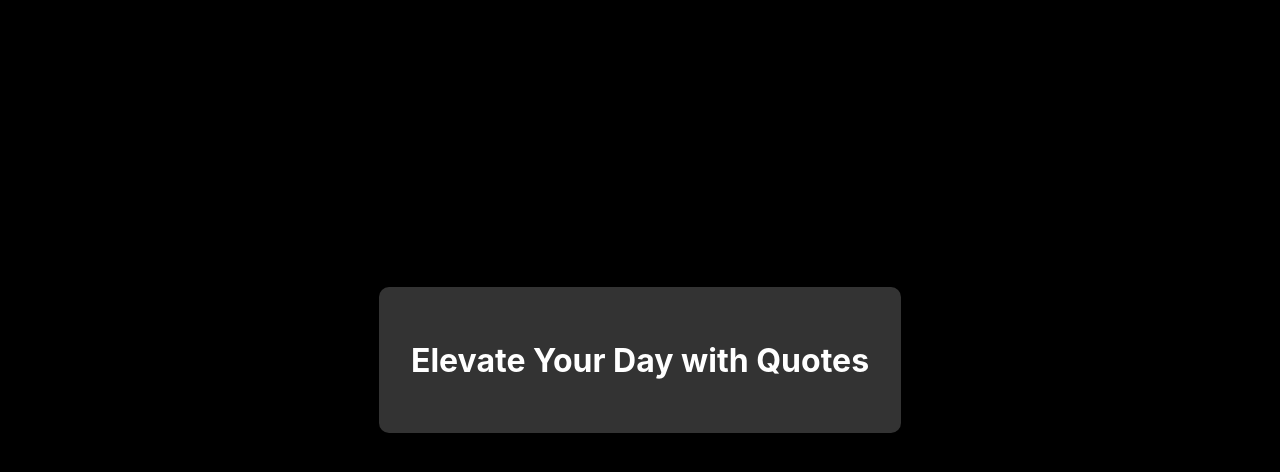
Repository: Bhavik-Sanghar/Quote-app
Page: /
These files come from the project's save history. The page is drawn as it stood at one moment and after the next save; the edit follows.
The browser window is 1280 px wide. The pictures show the whole page.
The page's requests for data from a server got no answer. The project was rebuilt for these pictures with package versions that can differ from the ones it lists, and the page was loaded fresh each time. No one was signed in, and anything a server would have sent is missing. Also part of the build but not shown: src/styles.css.

Above is the page before, as saved 2023-08-18 14:54:33.

After the next save:
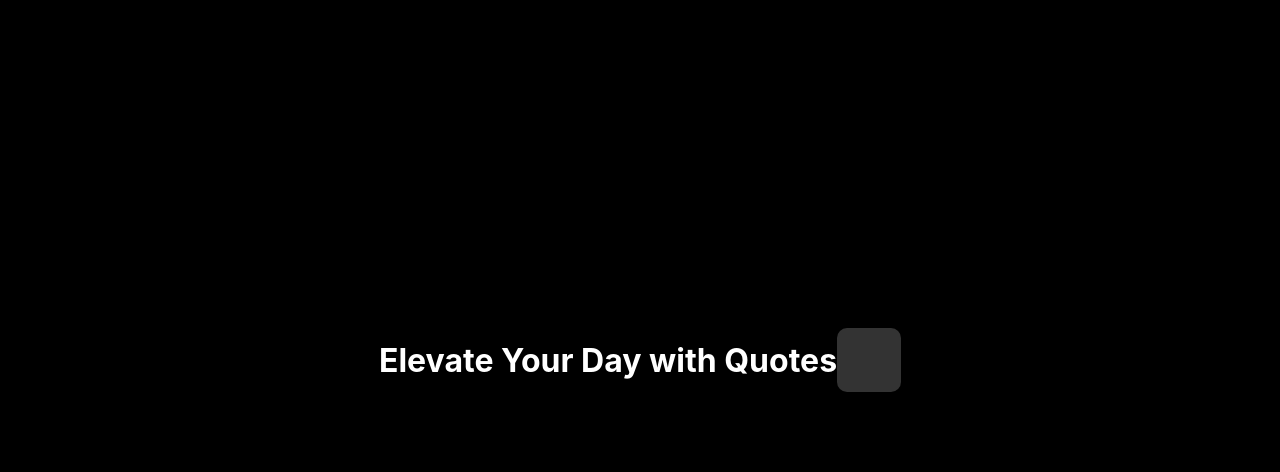
Saved 20 s later.
--- a/src/components/NewQuote.js
+++ b/src/components/NewQuote.js
@@ -28,8 +28,8 @@ const QuoteComponent = () => {
 
   return (
     <div className="quote-container">
+      <h1>Elevate Your Day with Quotes</h1>
       <div className="card-container">
-      <h1>Elevate Your Day with Quotes</h1>
         {quotes.map((quote, index) => (
           <div key={index} className="card">
             <p className="quote-text">{quote.quote}</p>
